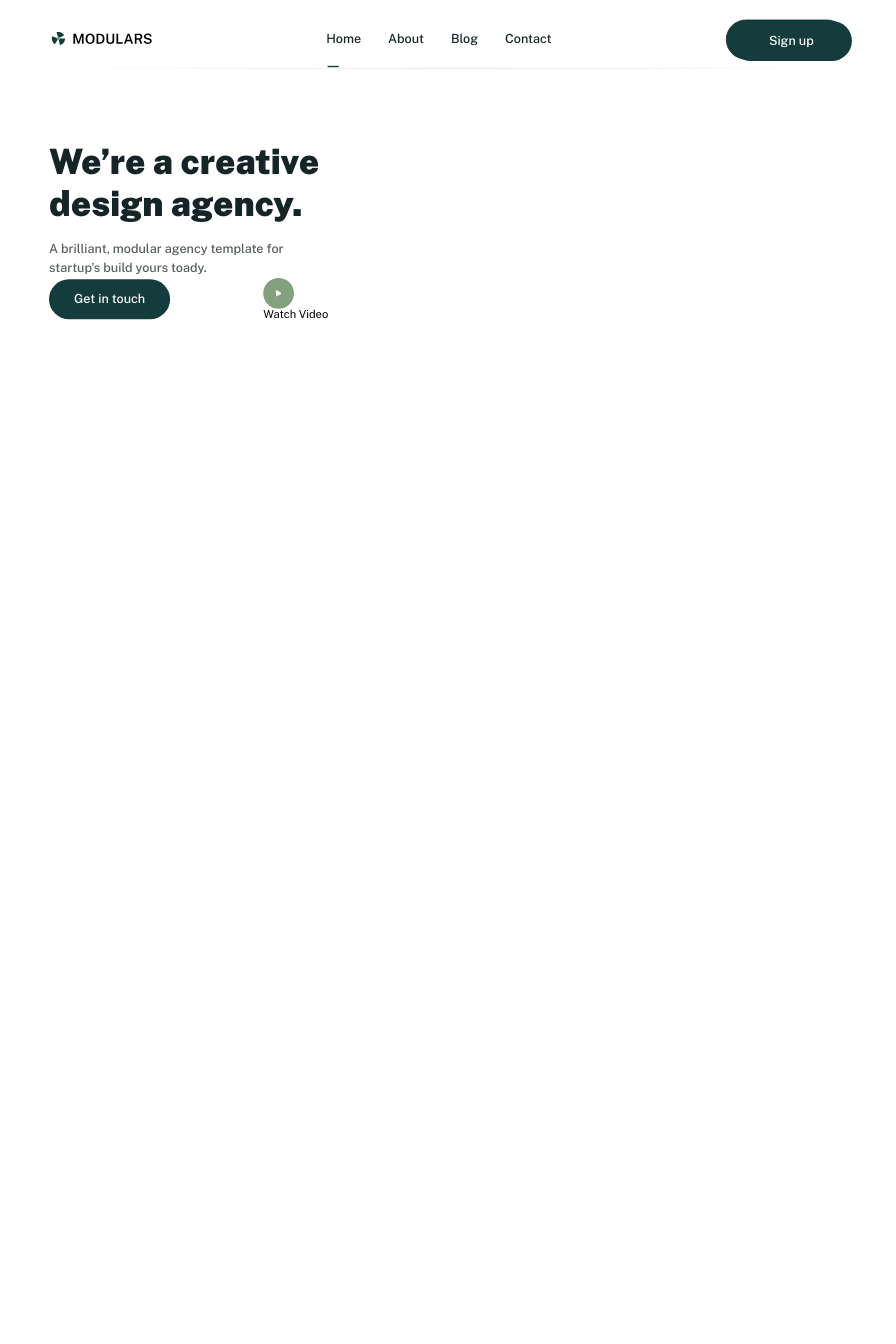
Repository: Learncode-every-day/Project-3.1
Page: index.html
An editor plug-in stored every save of this project. The page is shown before and after the next save, followed by the edit.
The browser window is 1280 px wide. The pictures show the part of the page from y = 0 to 1920 px (the page is 5015 px tall), at 70% of full size.

Above is the page before, as saved 2024-06-22 16:01:03.

### index.html
<!DOCTYPE html>
<html lang="en">
    <head>
        <meta charset="UTF-8" />
        <meta name="viewport" content="width=device-width, initial-scale=1.0" />
        <title>Project 3.1</title>
        <!-- Favicon -->
        <link
            rel="apple-touch-icon"
            sizes="57x57"
            href="./assets/favicon/apple-icon-57x57.png"
        />
        <link
            rel="apple-touch-icon"
            sizes="60x60"
            href="./assets/favicon/apple-icon-60x60.png"
        />
        <link
            rel="apple-touch-icon"
            sizes="72x72"
            href="./assets/favicon/apple-icon-72x72.png"
        />
        <link
            rel="apple-touch-icon"
            sizes="76x76"
            href="./assets/favicon/apple-icon-76x76.png"
        />
        <link
            rel="apple-touch-icon"
            sizes="114x114"
            href="./assets/favicon/apple-icon-114x114.png"
        />
        <link
            rel="apple-touch-icon"
            sizes="120x120"
            href="./assets/favicon/apple-icon-120x120.png"
        />
        <link
            rel="apple-touch-icon"
            sizes="144x144"
            href="./assets/favicon/apple-icon-144x144.png"
        />
        <link
            rel="apple-touch-icon"
            sizes="152x152"
            href="./assets/favicon/apple-icon-152x152.png"
        />
        <link
            rel="apple-touch-icon"
            sizes="180x180"
            href="./assets/favicon/apple-icon-180x180.png"
        />
        <link
            rel="icon"
            type="image/png"
            sizes="192x192"
            href="./assets/favicon/android-icon-192x192.png"
        />
        <link
            rel="icon"
            type="image/png"
            sizes="32x32"
            href="./assets/favicon/favicon-32x32.png"
        />
        <link
            rel="icon"
            type="image/png"
            sizes="96x96"
            href="./assets/favicon/favicon-96x96.png"
        />
        <link
            rel="icon"
            type="image/png"
            sizes="16x16"
            href="./assets/favicon/favicon-16x16.png"
        />
        <link rel="manifest" href="./assets/favicon/manifest.json" />
        <meta name="msapplication-TileColor" content="#ffffff" />
        <meta
            name="msapplication-TileImage"
            content="./assets/favicon/ms-icon-144x144.png"
        />
        <meta name="theme-color" content="#ffffff" />
        <!-- Reset CSS -->
        <link rel="stylesheet" href="./assets/css/reset.css" />
        <!-- Embed Fonts -->
        <link rel="stylesheet" href="./assets/fonts/stylesheet.css" />
        <!-- Style CSS -->
        <link rel="stylesheet" href="./assets/css/style.css" />
    </head>
    <body style="height: 5000px">
        <!-- Header -->
        <header class="header">
            <div class="container">
                <!-- Header top -->
                <div class="header-top">
                    <!-- Logo -->
                    <a href="#!">
                        <img src="./assets/icons/logo.svg" alt="Modulars" />
                    </a>

                    <!-- Navbar -->
                    <nav class="navbar">
                        <ul class="navbar__list">
                            <li class="navbar__item">
                                <a
                                    href="#!"
                                    class="navbar__link navbar__link--active"
                                    >Home</a
                                >
                            </li>
                            <li class="navbar__item">
                                <a href="#!" class="navbar__link">About</a>
                            </li>
                            <li class="navbar__item">
                                <a href="#!" class="navbar__link">Blog</a>
                            </li>
                            <li class="navbar__item">
                                <a href="#!" class="navbar__link">Contact</a>
                            </li>
                        </ul>
                    </nav>

                    <!-- Action -->
                    <button class="header-action">
                        <a href="#!" class="btn">Sign up</a>
                    </button>
                </div>
                <div class="separate-line"></div>

                <!-- Hero -->
                <section class="hero">
                    <!-- Hero Content -->
                    <section class="hero__content">
                        <h1 class="hero__heading">
                            We’re a creative design agency.
                        </h1>
                        <p class="hero__desc">
                            A brilliant, modular agency template for startup’s
                            build yours toady.
                        </p>
                        <div class="hero__row">
                            <a href="#!" class="btn">Get in touch</a>
                            <div class="hero-action">
                                <div class="play-btn">
                                    <img
                                        src="./assets/icons/play.svg"
                                        alt="Play button"
                                        class="play-icon"
                                    />
                                </div>
                                <span>Watch Video</span>
                            </div>
                        </div>
                    </section>
                </section>
            </div>
        </header>
    </body>
</html>

### assets/css/reset.css
/* http://meyerweb.com/eric/tools/css/reset/
    v2.0 | 20110126
    License: none (public domain)
*/

html,
body,
div,
span,
applet,
object,
iframe,
h1,
h2,
h3,
h4,
h5,
h6,
p,
blockquote,
pre,
a,
abbr,
acronym,
address,
big,
cite,
code,
del,
dfn,
em,
img,
ins,
kbd,
q,
s,
samp,
small,
strike,
strong,
sub,
sup,
tt,
var,
b,
u,
i,
center,
dl,
dt,
dd,
ol,
ul,
li,
fieldset,
form,
label,
legend,
table,
caption,
tbody,
tfoot,
thead,
tr,
th,
td,
article,
aside,
canvas,
details,
embed,
figure,
figcaption,
footer,
header,
hgroup,
menu,
nav,
output,
ruby,
section,
summary,
time,
mark,
audio,
video {
    margin: 0;
    padding: 0;
    border: 0;
    font-size: 100%;
    font: inherit;
    vertical-align: baseline;
}
/* HTML5 display-role reset for older browsers */
article,
aside,
details,
figcaption,
figure,
footer,
header,
hgroup,
menu,
nav,
section {
    display: block;
}
body {
    line-height: 1;
}
ol,
ul {
    list-style: none;
}
blockquote,
q {
    quotes: none;
}
blockquote:before,
blockquote:after,
q:before,
q:after {
    content: "";
    content: none;
}
table {
    border-collapse: collapse;
    border-spacing: 0;
}

### assets/fonts/stylesheet.css
/* ================= Sonsie One ================= */
@font-face {
    font-family: "Sonsie One";
    src: url("SonsieOne/SonsieOne-Regular.woff2") format("woff2"),
        url("SonsieOne/SonsieOne-Regular.woff") format("woff");
    font-weight: normal;
    font-style: normal;
    font-display: swap;
}

/* ================= Public Sans ================= */
@font-face {
    font-family: "Public Sans";
    src: url("PublicSans/PublicSans-Bold.woff2") format("woff2"),
        url("PublicSans/PublicSans-Bold.woff") format("woff");
    font-weight: bold;
    font-style: normal;
    font-display: swap;
}

@font-face {
    font-family: "Public Sans";
    src: url("PublicSans/PublicSans-ExtraBold.woff2") format("woff2"),
        url("PublicSans/PublicSans-ExtraBold.woff") format("woff");
    font-weight: bold;
    font-style: normal;
    font-display: swap;
}

@font-face {
    font-family: "Public Sans";
    src: url("PublicSans/PublicSans-Light.woff2") format("woff2"),
        url("PublicSans/PublicSans-Light.woff") format("woff");
    font-weight: 300;
    font-style: normal;
    font-display: swap;
}

@font-face {
    font-family: "Public Sans";
    src: url("PublicSans/PublicSans-Medium.woff2") format("woff2"),
        url("PublicSans/PublicSans-Medium.woff") format("woff");
    font-weight: 500;
    font-style: normal;
    font-display: swap;
}

@font-face {
    font-family: "Public Sans";
    src: url("PublicSans/PublicSans-SemiBold.woff2") format("woff2"),
        url("PublicSans/PublicSans-SemiBold.woff") format("woff");
    font-weight: 600;
    font-style: normal;
    font-display: swap;
}

@font-face {
    font-family: "Public Sans";
    src: url("PublicSans/PublicSans-Regular.woff2") format("woff2"),
        url("PublicSans/PublicSans-Regular.woff") format("woff");
    font-weight: normal;
    font-style: normal;
    font-display: swap;
}

@font-face {
    font-family: "Public Sans";
    src: url("PublicSans/PublicSans-BlackItalic.woff2") format("woff2"),
        url("PublicSans/PublicSans-BlackItalic.woff") format("woff");
    font-weight: 900;
    font-style: italic;
    font-display: swap;
}

@font-face {
    font-family: "Public Sans";
    src: url("PublicSans/PublicSans-Black.woff2") format("woff2"),
        url("PublicSans/PublicSans-Black.woff") format("woff");
    font-weight: 900;
    font-style: normal;
    font-display: swap;
}

@font-face {
    font-family: "Public Sans";
    src: url("PublicSans/PublicSans-BoldItalic.woff2") format("woff2"),
        url("PublicSans/PublicSans-BoldItalic.woff") format("woff");
    font-weight: bold;
    font-style: italic;
    font-display: swap;
}

@font-face {
    font-family: "Public Sans";
    src: url("PublicSans/PublicSans-ExtraLight.woff2") format("woff2"),
        url("PublicSans/PublicSans-ExtraLight.woff") format("woff");
    font-weight: 200;
    font-style: normal;
    font-display: swap;
}

@font-face {
    font-family: "Public Sans";
    src: url("PublicSans/PublicSans-ExtraBoldItalic.woff2") format("woff2"),
        url("PublicSans/PublicSans-ExtraBoldItalic.woff") format("woff");
    font-weight: bold;
    font-style: italic;
    font-display: swap;
}

@font-face {
    font-family: "Public Sans";
    src: url("PublicSans/PublicSans-Italic.woff2") format("woff2"),
        url("PublicSans/PublicSans-Italic.woff") format("woff");
    font-weight: normal;
    font-style: italic;
    font-display: swap;
}

@font-face {
    font-family: "Public Sans";
    src: url("PublicSans/PublicSans-LightItalic.woff2") format("woff2"),
        url("PublicSans/PublicSans-LightItalic.woff") format("woff");
    font-weight: 300;
    font-style: italic;
    font-display: swap;
}

@font-face {
    font-family: "Public Sans";
    src: url("PublicSans/PublicSans-ExtraLightItalic.woff2") format("woff2"),
        url("PublicSans/PublicSans-ExtraLightItalic.woff") format("woff");
    font-weight: 200;
    font-style: italic;
    font-display: swap;
}

@font-face {
    font-family: "Public Sans";
    src: url("PublicSans/PublicSans-SemiBoldItalic.woff2") format("woff2"),
        url("PublicSans/PublicSans-SemiBoldItalic.woff") format("woff");
    font-weight: 600;
    font-style: italic;
    font-display: swap;
}

@font-face {
    font-family: "Public Sans";
    src: url("PublicSans/PublicSans-Thin.woff2") format("woff2"),
        url("PublicSans/PublicSans-Thin.woff") format("woff");
    font-weight: 100;
    font-style: normal;
    font-display: swap;
}

@font-face {
    font-family: "Public Sans";
    src: url("PublicSans/PublicSans-MediumItalic.woff2") format("woff2"),
        url("PublicSans/PublicSans-MediumItalic.woff") format("woff");
    font-weight: 500;
    font-style: italic;
    font-display: swap;
}

@font-face {
    font-family: "Public Sans";
    src: url("PublicSans/PublicSans-ThinItalic.woff2") format("woff2"),
        url("PublicSans/PublicSans-ThinItalic.woff") format("woff");
    font-weight: 100;
    font-style: italic;
    font-display: swap;
}

/* ================= Poppins ================= */
@font-face {
    font-family: "Poppins";
    src: url("Poppins/Poppins-LightItalic.woff2") format("woff2"),
        url("Poppins/Poppins-LightItalic.woff") format("woff");
    font-weight: 300;
    font-style: italic;
    font-display: swap;
}

@font-face {
    font-family: "Poppins";
    src: url("Poppins/Poppins-Light.woff2") format("woff2"),
        url("Poppins/Poppins-Light.woff") format("woff");
    font-weight: 300;
    font-style: normal;
    font-display: swap;
}

@font-face {
    font-family: "Poppins";
    src: url("Poppins/Poppins-Medium.woff2") format("woff2"),
        url("Poppins/Poppins-Medium.woff") format("woff");
    font-weight: 500;
    font-style: normal;
    font-display: swap;
}

@font-face {
    font-family: "Poppins";
    src: url("Poppins/Poppins-Italic.woff2") format("woff2"),
        url("Poppins/Poppins-Italic.woff") format("woff");
    font-weight: normal;
    font-style: italic;
    font-display: swap;
}

@font-face {
    font-family: "Poppins";
    src: url("Poppins/Poppins-Thin.woff2") format("woff2"),
        url("Poppins/Poppins-Thin.woff") format("woff");
    font-weight: 100;
    font-style: normal;
    font-display: swap;
}

@font-face {
    font-family: "Poppins";
    src: url("Poppins/Poppins-SemiBoldItalic.woff2") format("woff2"),
        url("Poppins/Poppins-SemiBoldItalic.woff") format("woff");
    font-weight: 600;
    font-style: italic;
    font-display: swap;
}

@font-face {
    font-family: "Poppins";
    src: url("Poppins/Poppins-Regular.woff2") format("woff2"),
        url("Poppins/Poppins-Regular.woff") format("woff");
    font-weight: normal;
    font-style: normal;
    font-display: swap;
}

@font-face {
    font-family: "Poppins";
    src: url("Poppins/Poppins-MediumItalic.woff2") format("woff2"),
        url("Poppins/Poppins-MediumItalic.woff") format("woff");
    font-weight: 500;
    font-style: italic;
    font-display: swap;
}

@font-face {
    font-family: "Poppins";
    src: url("Poppins/Poppins-SemiBold.woff2") format("woff2"),
        url("Poppins/Poppins-SemiBold.woff") format("woff");
    font-weight: 600;
    font-style: normal;
    font-display: swap;
}

@font-face {
    font-family: "Poppins";
    src: url("Poppins/Poppins-BoldItalic.woff2") format("woff2"),
        url("Poppins/Poppins-BoldItalic.woff") format("woff");
    font-weight: bold;
    font-style: italic;
    font-display: swap;
}

@font-face {
    font-family: "Poppins";
    src: url("Poppins/Poppins-BlackItalic.woff2") format("woff2"),
        url("Poppins/Poppins-BlackItalic.woff") format("woff");
    font-weight: 900;
    font-style: italic;
    font-display: swap;
}

@font-face {
    font-family: "Poppins";
    src: url("Poppins/Poppins-Black.woff2") format("woff2"),
        url("Poppins/Poppins-Black.woff") format("woff");
    font-weight: 900;
    font-style: normal;
    font-display: swap;
}

@font-face {
    font-family: "Poppins";
    src: url("Poppins/Poppins-ThinItalic.woff2") format("woff2"),
        url("Poppins/Poppins-ThinItalic.woff") format("woff");
    font-weight: 100;
    font-style: italic;
    font-display: swap;
}

@font-face {
    font-family: "Poppins";
    src: url("Poppins/Poppins-ExtraBold.woff2") format("woff2"),
        url("Poppins/Poppins-ExtraBold.woff") format("woff");
    font-weight: bold;
    font-style: normal;
    font-display: swap;
}

@font-face {
    font-family: "Poppins";
    src: url("Poppins/Poppins-Bold.woff2") format("woff2"),
        url("Poppins/Poppins-Bold.woff") format("woff");
    font-weight: bold;
    font-style: normal;
    font-display: swap;
}

@font-face {
    font-family: "Poppins";
    src: url("Poppins/Poppins-ExtraBoldItalic.woff2") format("woff2"),
        url("Poppins/Poppins-ExtraBoldItalic.woff") format("woff");
    font-weight: bold;
    font-style: italic;
    font-display: swap;
}

@font-face {
    font-family: "Poppins";
    src: url("Poppins/Poppins-ExtraLightItalic.woff2") format("woff2"),
        url("Poppins/Poppins-ExtraLightItalic.woff") format("woff");
    font-weight: 200;
    font-style: italic;
    font-display: swap;
}

@font-face {
    font-family: "Poppins";
    src: url("Poppins/Poppins-ExtraLight.woff2") format("woff2"),
        url("Poppins/Poppins-ExtraLight.woff") format("woff");
    font-weight: 200;
    font-style: normal;
    font-display: swap;
}

### assets/css/style.css
* {
    box-sizing: border-box;
}

:root {
    --bg-color: #143c3c;
    /* Màu thay thế */
    --primary-color: #152427;
    --desc-color: #7d8188;
}

html {
    font-size: 62.5%;
}

body {
    font-size: 1.6rem;
    font-family: "Public Sans";
}

/* ===== Common ===== */
a {
    text-decoration: none;
}

input,
textarea,
select,
button {
    font-family: inherit;
    font-size: inherit;
}

.container {
    width: 1140px;
    max-width: calc(100% - 48px);
    margin: 0 auto;
}

.section-heading {
    color: var(--primary-color);
    font-family: Poppins;
    font-size: 4.2rem;
    font-weight: 600;
    line-height: 1.24; /* 123.81% */
}

.section-desc {
    color: var(--desc-color);
    font-family: Poppins;
    font-size: 1.4rem;
    font-weight: 500;
    line-height: 1.71; /* 171.429% */
}

.btn {
    display: flex;
    align-items: center;
    justify-content: center;
    min-width: 173px;
    height: 57px;
    border-radius: 40px;
    background: var(--bg-color);
    color: #fff;
    font-size: 1.8rem;
    font-weight: 500;
    line-height: 1.56; /* 155.556% */
}

/* ===== Header ===== */
.header {
    position: sticky;
    top: 0;
}

.header-top {
    margin-top: 15px;
    padding: 13px 0;
    display: flex;
    align-items: center;
    justify-content: space-between;
}

.navbar__list {
    display: flex;
    min-width: 322px;
    justify-content: space-between;
}

.navbar__link {
    position: relative;
    color: var(--primary-color);
    font-size: 1.8rem;
    font-weight: 500;
    line-height: 1.56; /* 155.556% */
}

.navbar__link--active::before {
    position: absolute;
    content: "";
    left: 2px;
    bottom: -30px;
    width: 16px;
    height: 2px;
    background: var(--bg-color);
}

.header-action {
    width: 173px;
    height: 57px;
    border-radius: 40px;
    border: 1.5px solid var(--primary-color);
    background: var(--bg-color);
}

.separate-line {
    margin-top: -1px;
    width: 100%;
    height: 1px;
    background: linear-gradient(
        90deg,
        #fff 0%,
        #dddcdc 51.09%,
        rgba(212, 212, 212, 0) 99.68%
    );
}

/* ===== Header ===== */
.hero__content {
    width: 35%;
}

.hero__heading {
    margin-top: 103px;
    color: var(--primary-color);
    font-size: 5rem;
    font-weight: 800;
    line-height: 1.2; /* 120% */
}

.hero__desc {
    margin-top: 20px;
    color: #575d5e;
    font-size: 1.8rem;
    font-weight: 500;
    line-height: 1.56; /* 155.556% */
}

.hero__row {
    display: flex;
    align-items: center;
    justify-content: space-between;
}

.hero-action__desc {
    margin-top: 42px;
    display: flex;
    align-items: center;
    justify-content: center;
}

.play-btn {
    margin-right: 15px;
    display: flex;
    align-items: center;
    justify-content: center;
    width: 44px;
    height: 44px;
    border-radius: 50%;
    background: #83a17d;
}

After the next save:
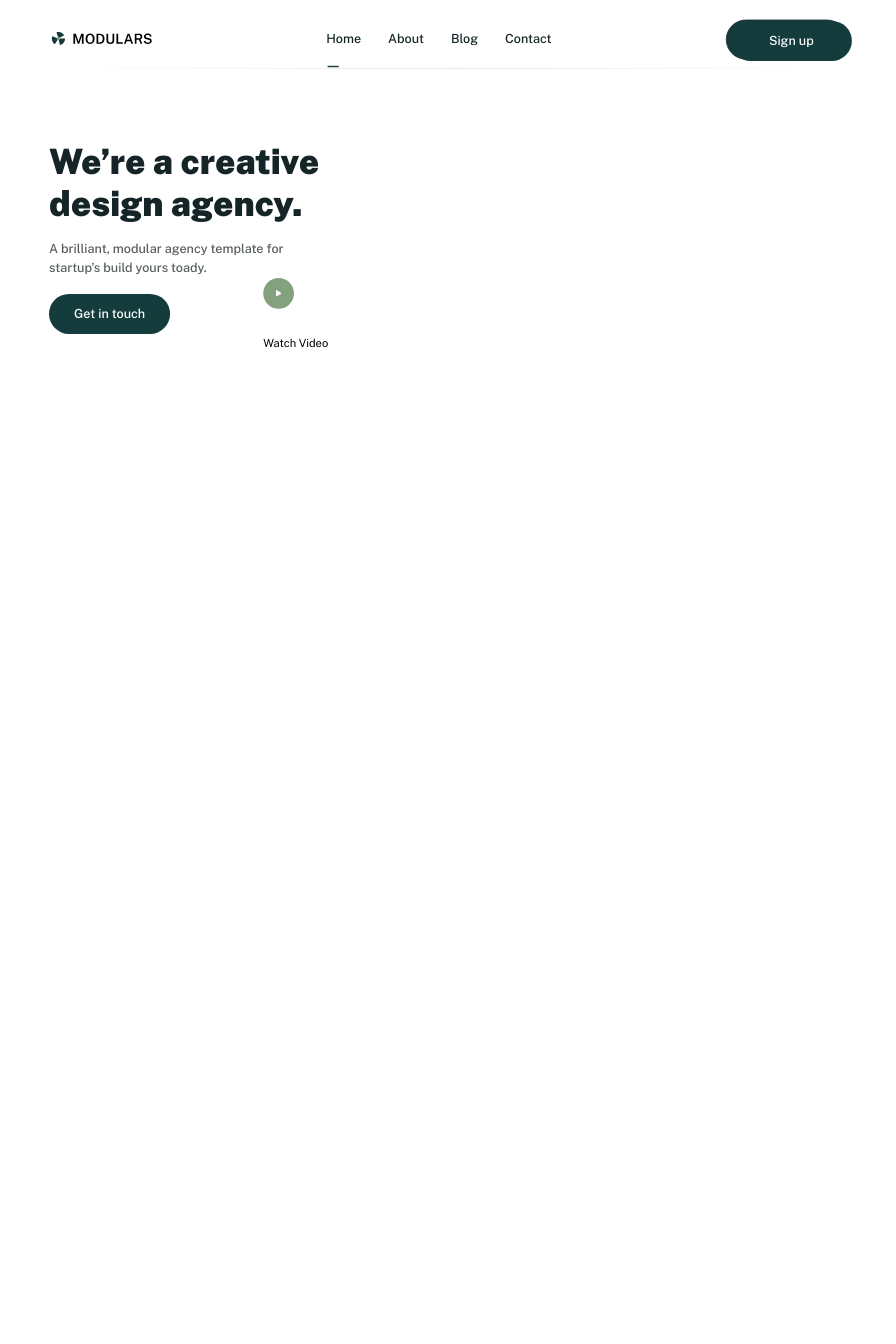
Saved 30 s later.
--- a/index.html
+++ b/index.html
@@ -149,7 +149,9 @@
                                         class="play-icon"
                                     />
                                 </div>
-                                <span>Watch Video</span>
+                                <span class="hero-action__desc"
+                                    >Watch Video</span
+                                >
                             </div>
                         </div>
                     </section>
